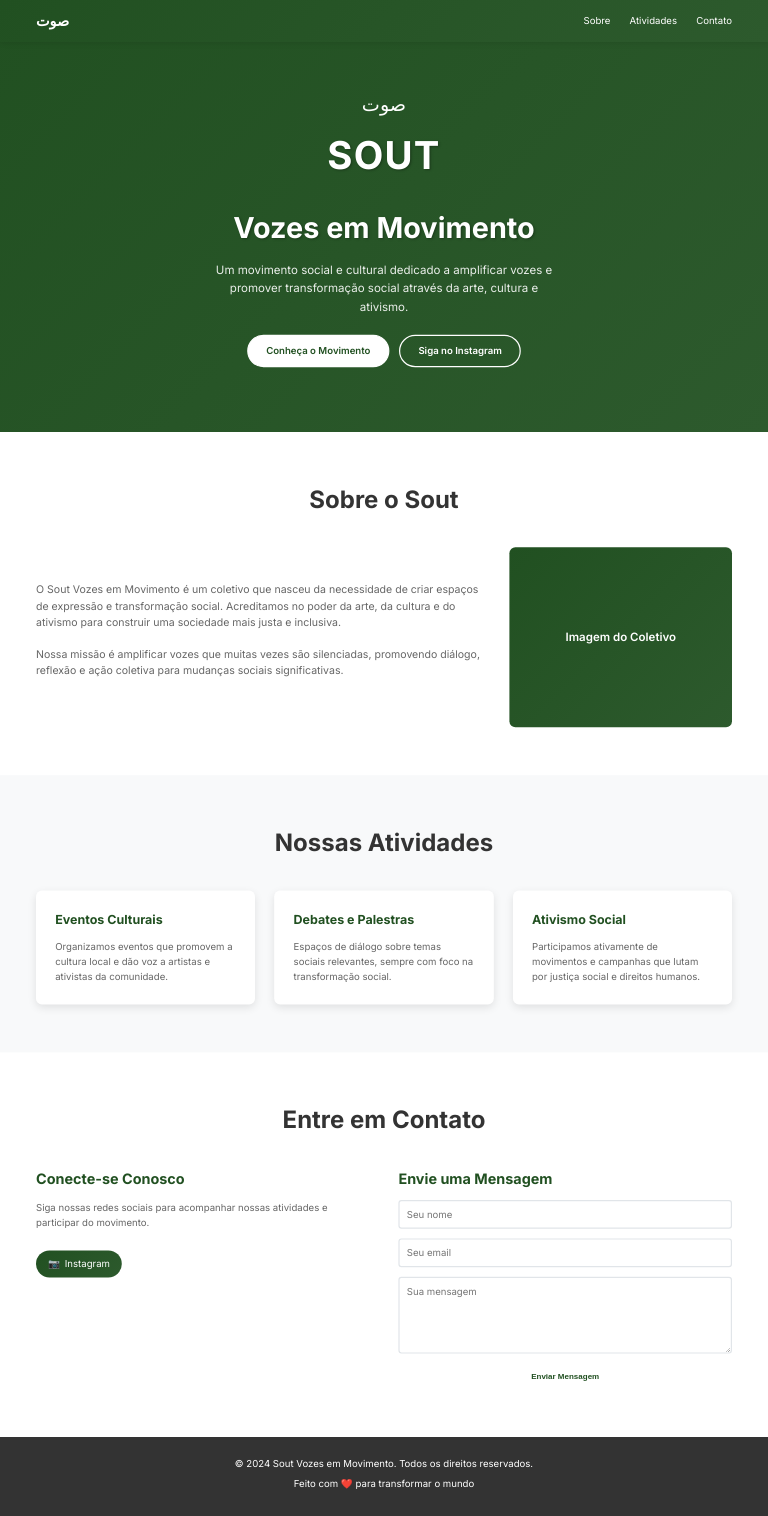
Repository: farukzahra/sout
Page: index.html
An editor plug-in stored every save of this project. The page is shown before and after the next save, followed by the edit.
The browser window is 1280 px wide. The pictures show the whole page, at 60% of full size.

Above is the page before, as saved 2025-10-02 13:00:18.

### index.html
<!DOCTYPE html>
<html lang="pt-BR">
<head>
    <meta charset="UTF-8">
    <meta name="viewport" content="width=device-width, initial-scale=1.0">
    <title>Sout Vozes em Movimento</title>
    <meta name="description" content="Sout Vozes em Movimento - Movimento social e cultural">
    <link rel="stylesheet" href="style.css">
    <link href="https://fonts.googleapis.com/css2?family=Inter:wght@300;400;600;700&display=swap" rel="stylesheet">
</head>
<body>
    <header class="header">
        <nav class="nav">
            <div class="nav-brand">
                <h1>صوت</h1>
            </div>
            <ul class="nav-menu">
                <li><a href="#sobre">Sobre</a></li>
                <li><a href="#atividades">Atividades</a></li>
                <li><a href="#contato">Contato</a></li>
            </ul>
        </nav>
    </header>

    <main>
        <section class="hero">
            <div class="hero-content">
                <div class="hero-logo">
                    <div class="logo-text">صوت</div>
                    <div class="logo-main">SOUT</div>
                </div>
                <h2>Vozes em Movimento</h2>
                <p>Um movimento social e cultural dedicado a amplificar vozes e promover transformação social através da arte, cultura e ativismo.</p>
                <div class="hero-buttons">
                    <a href="#sobre" class="btn btn-primary">Conheça o Movimento</a>
                    <a href="https://www.instagram.com/sout_vozesemmovimento/" target="_blank" class="btn btn-secondary">Siga no Instagram</a>
                </div>
            </div>
        </section>

        <section id="sobre" class="section">
            <div class="container">
                <h2>Sobre o Sout</h2>
                <div class="about-content">
                    <div class="about-text">
                        <p>O Sout Vozes em Movimento é um coletivo que nasceu da necessidade de criar espaços de expressão e transformação social. Acreditamos no poder da arte, da cultura e do ativismo para construir uma sociedade mais justa e inclusiva.</p>
                        <p>Nossa missão é amplificar vozes que muitas vezes são silenciadas, promovendo diálogo, reflexão e ação coletiva para mudanças sociais significativas.</p>
                    </div>
                    <div class="about-image">
                        <div class="placeholder-image">
                            <span>Imagem do Coletivo</span>
                        </div>
                    </div>
                </div>
            </div>
        </section>

        <section id="atividades" class="section section-alt">
            <div class="container">
                <h2>Nossas Atividades</h2>
                <div class="activities-grid">
                    <div class="activity-card">
                        <h3>Eventos Culturais</h3>
                        <p>Organizamos eventos que promovem a cultura local e dão voz a artistas e ativistas da comunidade.</p>
                    </div>
                    <div class="activity-card">
                        <h3>Debates e Palestras</h3>
                        <p>Espaços de diálogo sobre temas sociais relevantes, sempre com foco na transformação social.</p>
                    </div>
                    <div class="activity-card">
                        <h3>Ativismo Social</h3>
                        <p>Participamos ativamente de movimentos e campanhas que lutam por justiça social e direitos humanos.</p>
                    </div>
                </div>
            </div>
        </section>

        <section id="contato" class="section">
            <div class="container">
                <h2>Entre em Contato</h2>
                <div class="contact-content">
                    <div class="contact-info">
                        <h3>Conecte-se Conosco</h3>
                        <p>Siga nossas redes sociais para acompanhar nossas atividades e participar do movimento.</p>
                        <div class="social-links">
                            <a href="https://www.instagram.com/sout_vozesemmovimento/" target="_blank" class="social-link">
                                <span>📷</span> Instagram
                            </a>
                        </div>
                    </div>
                    <div class="contact-form">
                        <h3>Envie uma Mensagem</h3>
                        <form>
                            <input type="text" placeholder="Seu nome" required>
                            <input type="email" placeholder="Seu email" required>
                            <textarea placeholder="Sua mensagem" rows="5" required></textarea>
                            <button type="submit" class="btn btn-primary">Enviar Mensagem</button>
                        </form>
                    </div>
                </div>
            </div>
        </section>
    </main>

    <footer class="footer">
        <div class="container">
            <p>&copy; 2024 Sout Vozes em Movimento. Todos os direitos reservados.</p>
            <p>Feito com ❤️ para transformar o mundo</p>
        </div>
    </footer>

    <script>
        // Smooth scrolling para links internos
        document.querySelectorAll('a[href^="#"]').forEach(anchor => {
            anchor.addEventListener('click', function (e) {
                e.preventDefault();
                const target = document.querySelector(this.getAttribute('href'));
                if (target) {
                    target.scrollIntoView({
                        behavior: 'smooth',
                        block: 'start'
                    });
                }
            });
        });

        // Formulário de contato (funcionalidade básica)
        document.querySelector('form').addEventListener('submit', function(e) {
            e.preventDefault();
            alert('Obrigado pela sua mensagem! Entraremos em contato em breve.');
            this.reset();
        });
    </script>
</body>
</html>

### style.css
/* Reset e configurações básicas */
* {
    margin: 0;
    padding: 0;
    box-sizing: border-box;
}

body {
    font-family: 'Inter', sans-serif;
    line-height: 1.6;
    color: #333;
    background-color: #fff;
}

.container {
    max-width: 1200px;
    margin: 0 auto;
    padding: 0 20px;
}

/* Header */
.header {
    background: linear-gradient(135deg, #215021 0%, #2d5a2d 100%);
    color: white;
    padding: 1rem 0;
    position: fixed;
    top: 0;
    width: 100%;
    z-index: 1000;
    box-shadow: 0 2px 10px rgba(0,0,0,0.1);
}

.nav {
    display: flex;
    justify-content: space-between;
    align-items: center;
    max-width: 1200px;
    margin: 0 auto;
    padding: 0 20px;
}

.nav-brand h1 {
    font-size: 1.5rem;
    font-weight: 700;
    direction: rtl;
}

.hero-logo {
    margin-bottom: 2rem;
}

.hero-logo .logo-text {
    font-size: 2rem;
    margin-bottom: 0.5rem;
    direction: rtl;
}

.hero-logo .logo-main {
    font-size: 4rem;
    font-weight: 700;
    letter-spacing: 2px;
    margin-bottom: 0.3rem;
    text-shadow: 2px 2px 4px rgba(0,0,0,0.3);
}

.hero-logo .logo-subtitle {
    font-size: 1.2rem;
    opacity: 0.9;
}

.nav-menu {
    display: flex;
    list-style: none;
    gap: 2rem;
}

.nav-menu a {
    color: white;
    text-decoration: none;
    font-weight: 500;
    transition: opacity 0.3s ease;
}

.nav-menu a:hover {
    opacity: 0.8;
}

/* Hero Section */
.hero {
    background: linear-gradient(135deg, #215021 0%, #2d5a2d 100%);
    color: white;
    padding: 120px 0 80px;
    text-align: center;
    min-height: 100vh;
    display: flex;
    align-items: center;
    justify-content: center;
}


.hero-content h2 {
    font-size: 3rem;
    font-weight: 700;
    margin-bottom: 1rem;
    text-shadow: 2px 2px 4px rgba(0,0,0,0.3);
}

.hero-content {
    max-width: 800px;
    margin: 0 auto;
    padding: 0 20px;
}

.hero-content p {
    font-size: 1.2rem;
    margin-bottom: 2rem;
    max-width: 600px;
    margin-left: auto;
    margin-right: auto;
    opacity: 0.9;
}

.hero-buttons {
    display: flex;
    gap: 1rem;
    justify-content: center;
    flex-wrap: wrap;
}

/* Botões */
.btn {
    display: inline-block;
    padding: 12px 30px;
    text-decoration: none;
    border-radius: 50px;
    font-weight: 600;
    transition: all 0.3s ease;
    border: 2px solid transparent;
}

.btn-primary {
    background: white;
    color: #215021;
    border-color: white;
}

.btn-primary:hover {
    background: transparent;
    color: white;
    border-color: white;
}

.btn-secondary {
    background: transparent;
    color: white;
    border-color: white;
}

.btn-secondary:hover {
    background: white;
    color: #215021;
}

/* Seções */
.section {
    padding: 80px 0;
}

.section-alt {
    background-color: #f8f9fa;
}

.section h2 {
    text-align: center;
    font-size: 2.5rem;
    margin-bottom: 3rem;
    color: #333;
}

/* Sobre */
.about-content {
    display: grid;
    grid-template-columns: 2fr 1fr;
    gap: 3rem;
    align-items: center;
}

.about-text p {
    font-size: 1.1rem;
    margin-bottom: 1.5rem;
    color: #666;
}

.placeholder-image {
    background: linear-gradient(135deg, #215021 0%, #2d5a2d 100%);
    height: 300px;
    border-radius: 10px;
    display: flex;
    align-items: center;
    justify-content: center;
    color: white;
    font-size: 1.2rem;
    font-weight: 600;
}

/* Atividades */
.activities-grid {
    display: grid;
    grid-template-columns: repeat(auto-fit, minmax(300px, 1fr));
    gap: 2rem;
}

.activity-card {
    background: white;
    padding: 2rem;
    border-radius: 10px;
    box-shadow: 0 5px 15px rgba(0,0,0,0.1);
    transition: transform 0.3s ease, box-shadow 0.3s ease;
}

.activity-card:hover {
    transform: translateY(-5px);
    box-shadow: 0 10px 25px rgba(0,0,0,0.15);
}

.activity-card h3 {
    color: #215021;
    margin-bottom: 1rem;
    font-size: 1.3rem;
}

.activity-card p {
    color: #666;
    line-height: 1.6;
}

/* Contato */
.contact-content {
    display: grid;
    grid-template-columns: 1fr 1fr;
    gap: 3rem;
}

.contact-info h3 {
    color: #215021;
    margin-bottom: 1rem;
    font-size: 1.5rem;
}

.contact-info p {
    color: #666;
    margin-bottom: 2rem;
}

.social-links {
    display: flex;
    gap: 1rem;
}

.social-link {
    display: flex;
    align-items: center;
    gap: 0.5rem;
    padding: 10px 20px;
    background: linear-gradient(135deg, #215021 0%, #2d5a2d 100%);
    color: white;
    text-decoration: none;
    border-radius: 25px;
    transition: transform 0.3s ease;
}

.social-link:hover {
    transform: translateY(-2px);
}

.contact-form h3 {
    color: #215021;
    margin-bottom: 1rem;
    font-size: 1.5rem;
}

.contact-form form {
    display: flex;
    flex-direction: column;
    gap: 1rem;
}

.contact-form input,
.contact-form textarea {
    padding: 12px;
    border: 2px solid #e1e5e9;
    border-radius: 5px;
    font-family: inherit;
    font-size: 1rem;
    transition: border-color 0.3s ease;
}

.contact-form input:focus,
.contact-form textarea:focus {
    outline: none;
    border-color: #215021;
}

.contact-form textarea {
    resize: vertical;
    min-height: 120px;
}

/* Footer */
.footer {
    background: #333;
    color: white;
    text-align: center;
    padding: 2rem 0;
}

.footer p {
    margin-bottom: 0.5rem;
}

/* Responsividade */
@media (max-width: 768px) {
    .nav {
        flex-direction: column;
        gap: 1rem;
    }

    .nav-menu {
        gap: 1rem;
    }

    .hero-logo .logo-main {
        font-size: 3rem;
    }

    .hero-content h2 {
        font-size: 2rem;
    }

    .hero-buttons {
        flex-direction: column;
        align-items: center;
    }

    .about-content,
    .contact-content {
        grid-template-columns: 1fr;
        gap: 2rem;
    }

    .activities-grid {
        grid-template-columns: 1fr;
    }

    .section h2 {
        font-size: 2rem;
    }
}

@media (max-width: 480px) {
    .hero {
        padding: 100px 0 60px;
    }

    .hero-logo .logo-main {
        font-size: 2.5rem;
    }

    .hero-content h2 {
        font-size: 1.8rem;
    }

    .hero-content p {
        font-size: 1rem;
    }

    .section {
        padding: 60px 0;
    }

    .container {
        padding: 0 15px;
    }
}

After the next save:
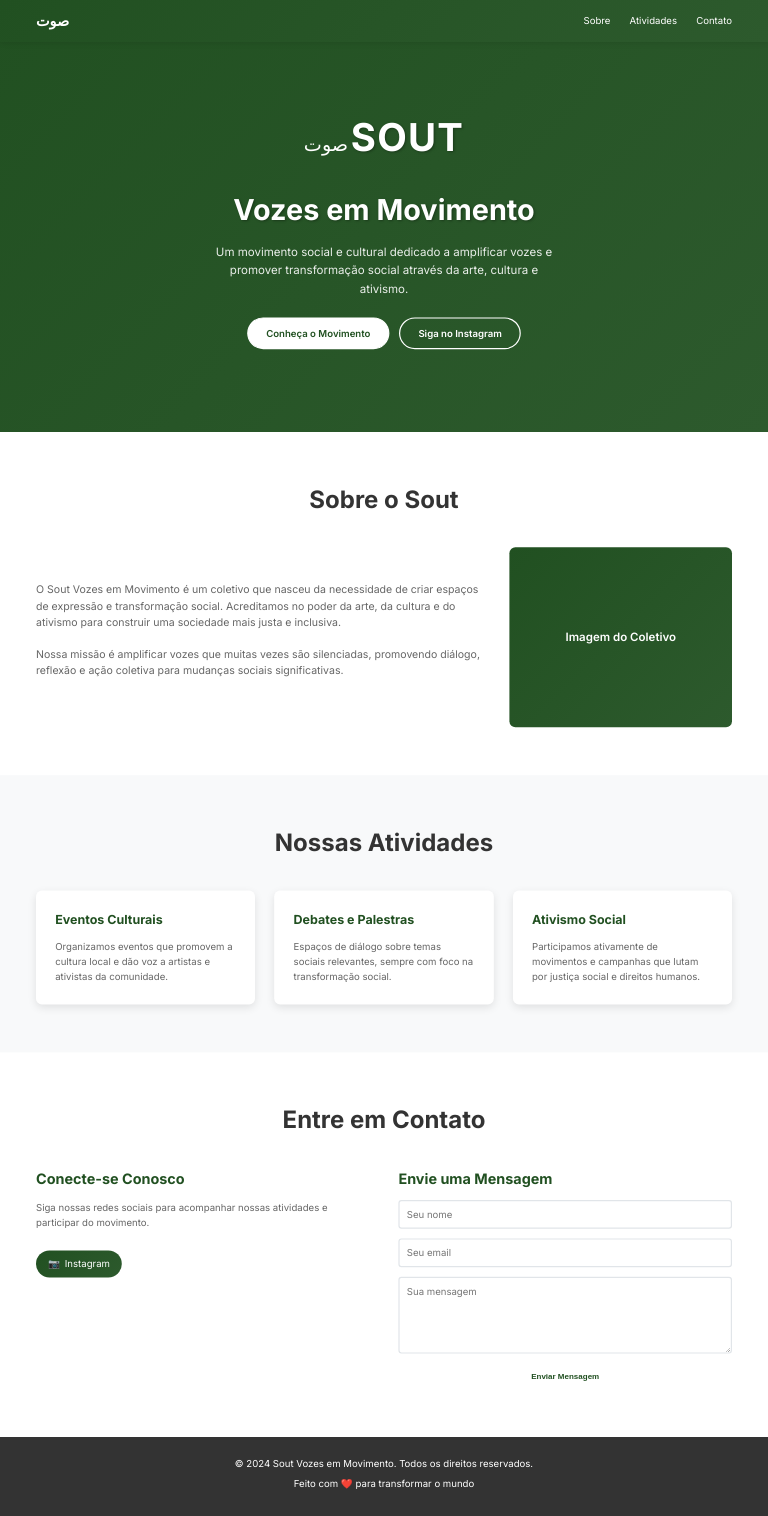
Saved 21 s later.
--- a/index.html
+++ b/index.html
@@ -26,8 +26,10 @@
         <section class="hero">
             <div class="hero-content">
                 <div class="hero-logo">
-                    <div class="logo-text">صوت</div>
-                    <div class="logo-main">SOUT</div>
+                    <div class="logo-combined">
+                        <span class="logo-text">صوت</span>
+                        <span class="logo-main">SOUT</span>
+                    </div>
                 </div>
                 <h2>Vozes em Movimento</h2>
                 <p>Um movimento social e cultural dedicado a amplificar vozes e promover transformação social através da arte, cultura e ativismo.</p>
